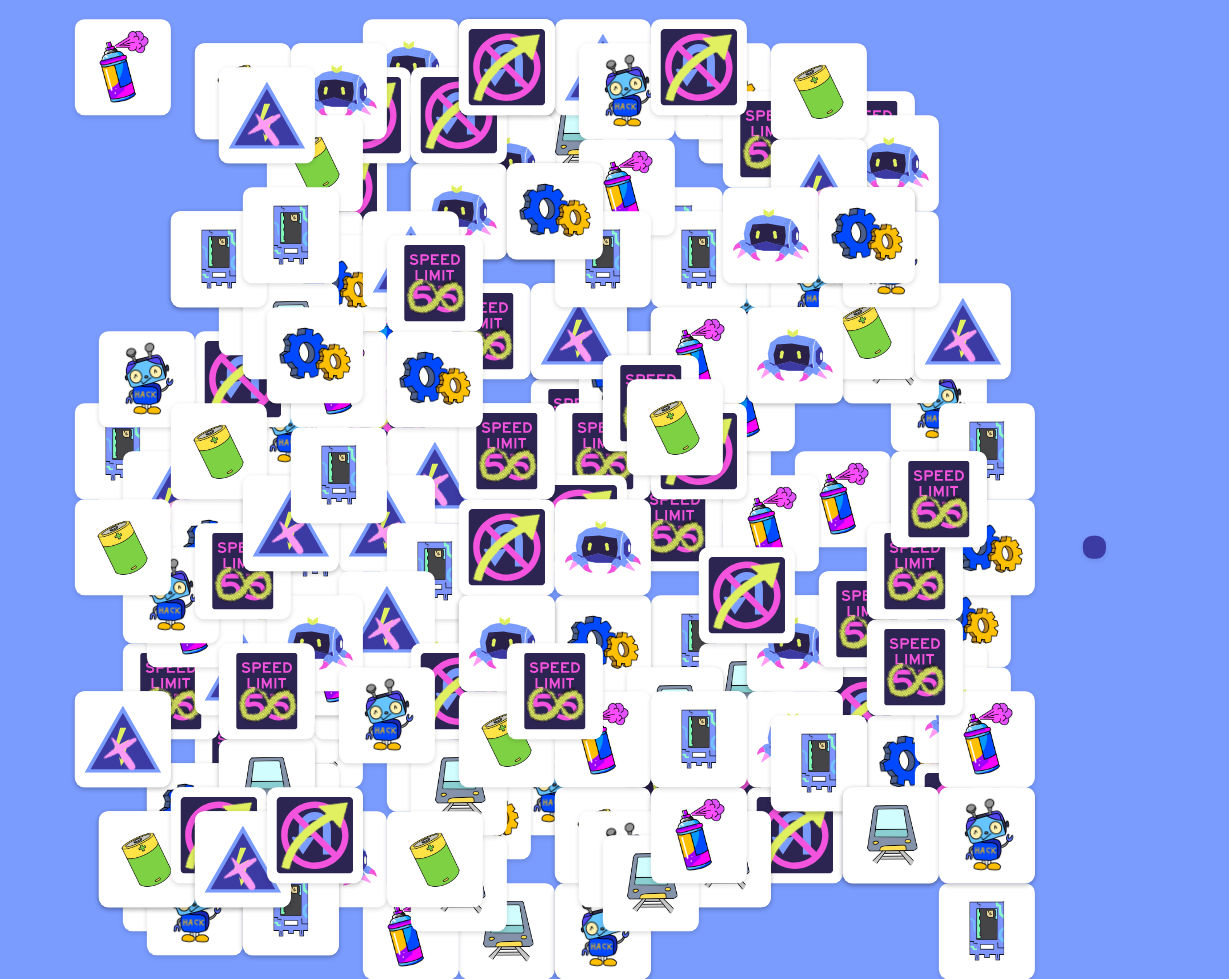
Repository: Avril-Cui/hack-puzzle
Page: / (app in client/)
An editor plug-in stored every save of this project. The page is shown before and after a run of saves, followed by the edit.
The browser window is 1280 px wide. The pictures show the whole page, at 96% of full size.
The project was rebuilt for these pictures with package versions that can differ from the ones it lists, and the page was loaded fresh each time. The framework's server and built-in components were replaced by stand-ins that run in the browser. Also part of the build but not shown: client/next.config.ts.

Above is the page before, as saved 2025-06-11 19:43:52.

### client/app/page.tsx
import Game from "../components/Game";

export default function Home() {
  return (
    <div>
      <Game />
    </div>
  );
}

### client/app/globals.css
@import "tailwindcss";

:root {
  --background: #7A9CFF;
}

@theme inline {
  --color-background: var(--background);
  --color-foreground: var(--foreground);
  --font-sans: var(--font-geist-sans);
  --font-mono: var(--font-geist-mono);
}

@media (prefers-color-scheme: dark) {
  :root {
    --background: #7A9CFF;
  }
}

body {
  background: var(--background);
  color: var(--foreground);
  font-family: Arial, Helvetica, sans-serif;
}

### client/components/Game.tsx
"use client";
import React, { useEffect, useState } from "react";
import styles from "./Game.module.css";

interface Tile {
  id: string;
  x: number;
  y: number;
  z: number;
  status: number;
  isCover: boolean;
  iconName: string;
}

const CELL_SIZE = 100;
const ICONS = ["🍀", "🌈", "⚙️", "🐏", "🐯", "🐤", "📚", "🧠", "💻", "🐼"];

const PuzzleGame: React.FC = () => {
  const [tiles, setTiles] = useState<Tile[]>([]);
  const [queue, setQueue] = useState<Tile[]>([]);

  useEffect(() => {
    fetch("/scene.json")
      .then((res) => res.json())
      .then((data) => {
        setTiles(data);
      });
  }, []);

  const handleClick = (tile: Tile) => {
    if (tile.isCover || tile.status !== 0 || queue.length >= 7) return;
    setQueue((prev) => [...prev, tile]);
    setTiles((prev) =>
      prev.map((t) => (t.id === tile.id ? { ...t, status: 1 } : t))
    );
  };

  const getEmoji = (iconName: string): string => {
    const index = parseInt(iconName.replace("icon_", ""));
    return ICONS[index] || "❓";
  };

  const getIconPath = (iconName: string): string => {
    const extMap: Record<string, string> = {
      icons0: "svg",
      icons1: "png",
      icons2: "png",
      icons3: "png",
      icons4: "svg",
      icons5: "jpg",
      icons6: "jpg",
      icons7: "jpg",
      icons8: "svg",
      icons9: "svg",
    };
    const ext = extMap[iconName] || "png";
    return `/icons/${iconName}.${ext}`;
  };

  return (
    <div className={styles.gameContainer}>
      <div className={styles.tileBoard}>
        {tiles.map((tile) => (
          <div
            key={tile.id}
            className={`${styles.tile} ${tile.isCover ? styles.covered : ""}`}
            style={{
              left: tile.x,
              top: tile.y,
              zIndex: tile.z,
            }}
            onClick={() => handleClick(tile)}
          >
            <div
              className={styles.tileInner}
              style={{ opacity: tile.status < 2 ? 1 : 0 }}
            >
              <img
                src={getIconPath(tile.iconName)}
                alt={tile.iconName}
                className={styles.tileInner}
                style={{ opacity: tile.status < 2 ? 1 : 0 }}
              />
            </div>
          </div>
        ))}
      </div>

      <div className={styles.queueBar}>
        {queue.map((tile) => (
          <div key={tile.id} className={styles.queueTile}>
            <img
              src={getIconPath(tile.iconName)}
              alt={tile.iconName}
              className={styles.tileInner}
              style={{ opacity: tile.status < 2 ? 1 : 0 }}
            />
          </div>
        ))}
      </div>
    </div>
  );
};

export default PuzzleGame;

### client/components/Game.module.css
.gameContainer {
  display: flex;
  justify-content: center;
  align-items: center;
  height: 100vh;
  margin-top: 10em;
}

.tileBoard {
  position: relative;
  width: 1000px;
  height: 900px;
  background-color: transparent; /* remove green board background */
}

.tile {
  position: absolute;
  width: 100px;
  height: 100px;
  background: white;
  border-radius: 10px;
  font-size: 40px;
  display: flex;
  align-items: center;
  justify-content: center;
  transition: transform 0.2s ease, opacity 0.3s ease;
  box-shadow: 0 2px 6px rgba(0, 0, 0, 0.15);
  cursor: pointer;
}

.tileInner {
  width: 100%;
  height: 100%;
  display: flex;
  justify-content: center;
  align-items: center;
}

.tileInner img {
  width: 80%;
  height: 80%;
  object-fit: contain;
  pointer-events: none;
}

.covered {
  background: #ccc;
  opacity: 0.4;
  pointer-events: none;
}

.queueBar {
  margin-top: 100px;
  display: flex;
  justify-content: center;
  gap: 12px;
  padding: 12px;
  background: #3c3aa3;
  border-radius: 10px;
  box-shadow: 0 2px 6px rgba(0, 0, 0, 0.1);
}

.queueTile {
  width: 100px;
  height: 100px;
  background: white;
  border-radius: 10px;
  font-size: 40px;
  display: flex;
  align-items: center;
  justify-content: center;
  box-shadow: 0 2px 6px rgba(0, 0, 0, 0.1);
}

Loaded but not shown: client/app/layout.tsx (common file); client/public/scene.json (2162 lines, source omitted)

After the next 2 saves:
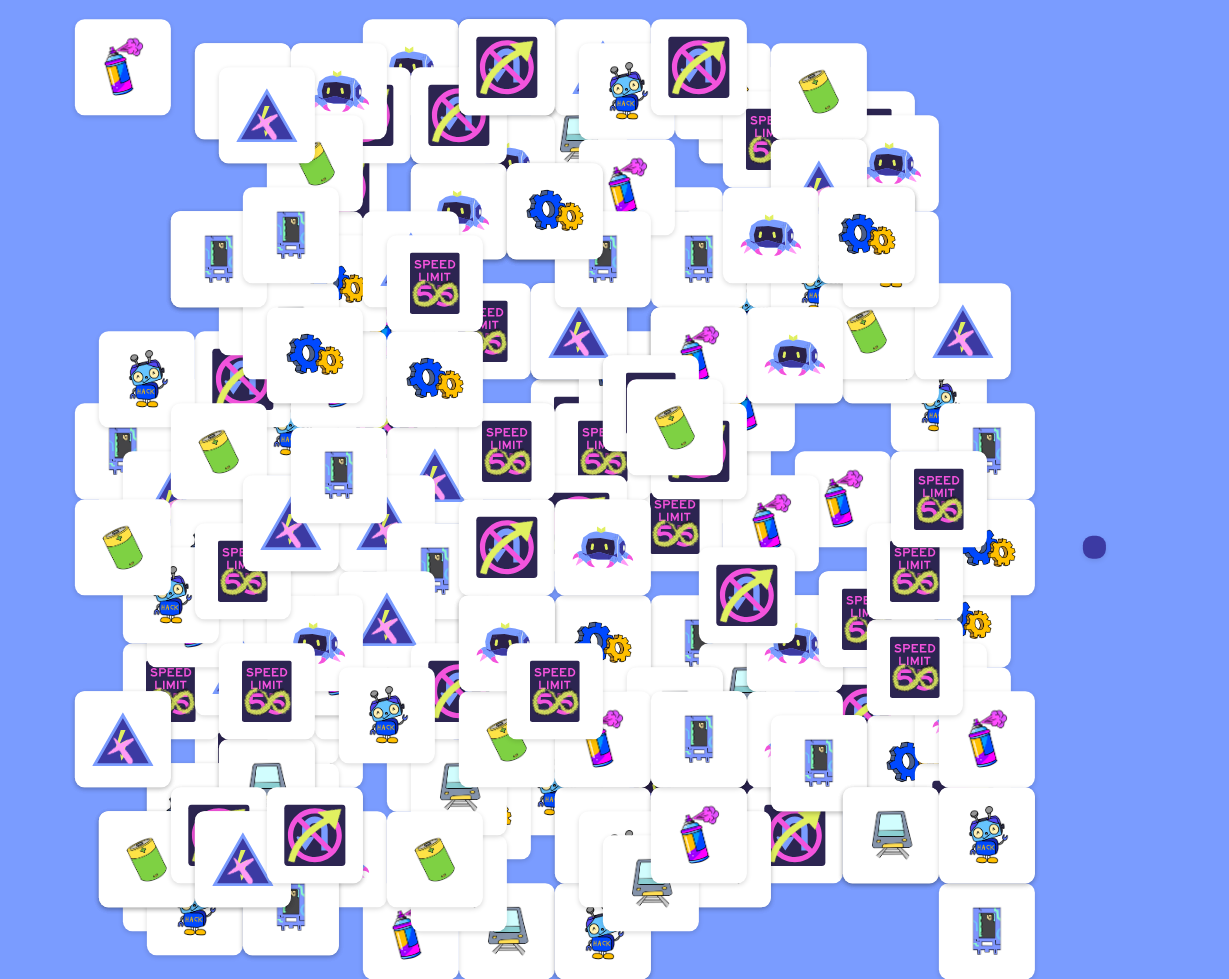
The 2 saves are shown as one change because they came seconds apart.
The last was saved 21 s later.
--- a/client/components/Game.module.css
+++ b/client/components/Game.module.css
@@ -34,15 +34,16 @@
   display: flex;
   justify-content: center;
   align-items: center;
+  overflow: hidden;
+  padding: 10%; /* optional, for consistent inner margin */
 }
 
 .tileInner img {
-  width: 80%;
-  height: 80%;
+  max-width: 100%;
+  max-height: 100%;
   object-fit: contain;
   pointer-events: none;
 }
-
 .covered {
   background: #ccc;
   opacity: 0.4;
